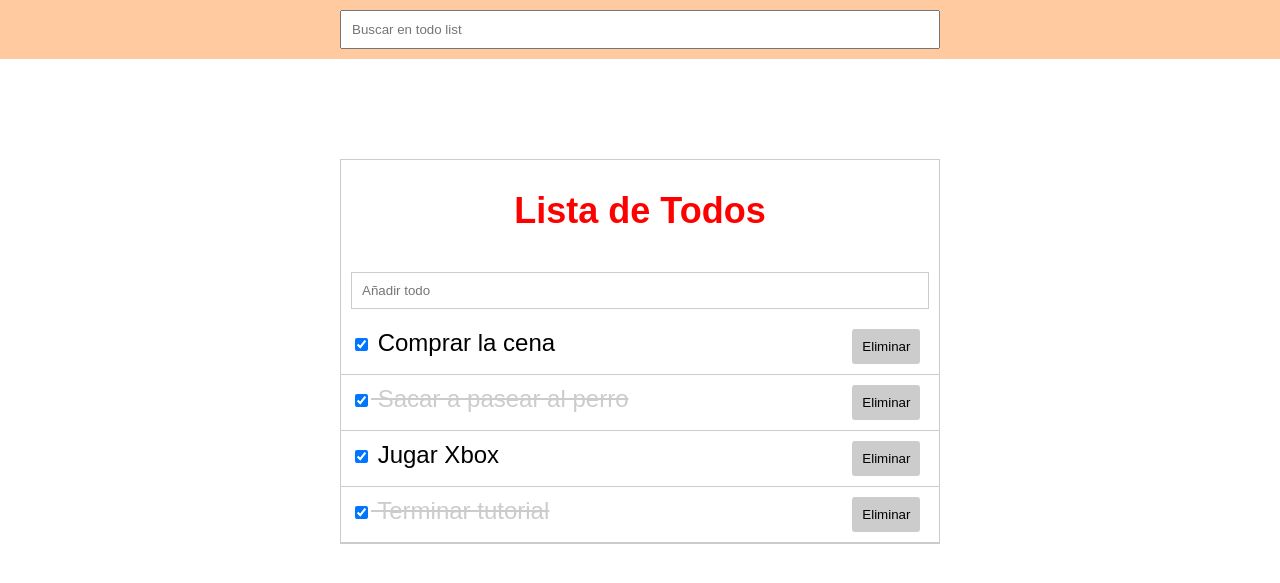
Repository: MauriVaz/Primer-app-con-Vue
Page: /
An editor plug-in stored every save of this project. The page is shown before and after the next save, followed by the edit.
The browser window is 1280 px wide. The pictures show the whole page.
The project was rebuilt for these pictures with package versions that can differ from the ones it lists, and the page was loaded fresh each time. Also part of the build but not shown: vue.config.js.

Above is the page before, as saved 2022-12-28 22:05:27.

### public/index.html
<!DOCTYPE html>
<html lang="">
  <head>
    <meta charset="utf-8">
    <meta http-equiv="X-UA-Compatible" content="IE=edge">
    <meta name="viewport" content="width=device-width,initial-scale=1.0">
    <link rel="icon" href="<%= BASE_URL %>favicon.ico">
    <title><%= htmlWebpackPlugin.options.title %></title>
  </head>
  <body>
    <noscript>
      <strong>Por favor activa Javascript</strong>
    </noscript>
    <div id="app"></div>
    <!-- built files will be auto injected -->
  </body>
</html>

### src/App.vue
<template>
  <div>
    <div id="header">
      <Search v-on:query-change="querySearch" />
    </div>

    <div id="main-container">
      <h2>Lista de Todos</h2>
      <TodoAdd v-on:add-todo="addTodo"/>
      <Todos v-bind:todoslist="copyTodos" v-on:delete-todo="deleteTodo" />
    </div>
  </div>
</template>

<script>
//import HelloWorld from './components/HelloWorld.vue'
import Search from './components/Search';
import Todos from './components/Todos';
import TodoAdd from './components/TodoAdd';

export default {
  name: 'App',
  components: {
    Todos, TodoAdd, Search
  },
  methods: {
    deleteTodo(id){
      this.todos = this.todos.filter(todo => todo.id != id);
      this.copyTodos = [...this.todos];
    },
    addTodo(todo){
      this.todos.push(todo);
      this.copyTodos = [...this.todos];
    },
    querySearch(query){
      if(query.trim() === ''){
        this.copyTodos = [...this.todos];
      }else{
        const temp = this.todos.filter(todo =>{
          return todo.title.includes(query)
        });

        this.copyTodos = [...temp];
      }
    }
  },
  data(){
    return {
      todos: [
        {
          id: 0,
          title:  'Comprar la cena',
          completed: false
        },
        {
         id: 1,
         title: 'Sacar a pasear al perro',
         completed: true
       },
       {
         id: 2,
         title: 'Jugar Xbox',
         completed: false
       },
       {
         id: 3,
         title: 'Terminar tutorial',
         completed: true
       }
      ],
      copyTodos: []
    }
  },
  created(){
    this.copyTodos = [...this.todos];
  }
}
</script>

<style>
  *{
    box-sizing: border-box;
  }

  body{
    font-family: Arial, Helvetica, sans-serif;
    font-size: 1.5em;
    padding: 0;
    margin: 0;
  }

  #main-container{
    border: solid 1px #ccc;
    width: 600px;
    margin: 100px auto;
  }

  #header{
    background: rgba(255, 123, 15, .4);
    padding: 10px;
  }

  h2{
    padding: 0 10px;
    text-align: center;
    color:red
  }
</style>

### src/components/Search.vue
<!-- eslint-disable vue/multi-word-component-names -->
<template>
    <div id="search-container">
        <input type="text" placeholder="Buscar en todo list" v-model="query" v-on:input="$emit('query-change', query)">
    </div>
</template>

<script>
export default {
    // eslint-disable-next-line vue/multi-word-component-names
    name: 'Search',
    data(){
        return {
            query: ''
        }
    }
}
</script>

<style scoped>
    #search-container{
        width: 600px;
        margin: 0 auto;
    }

    input{
        padding: 10px;
        width: 100%;
        outline: none;
    }
</style>

### src/components/Todos.vue
<template>
    <div>
        <div v-bind:key="todo.id" v-for="todo in todoslist">
            <TodoItem v-bind:todo="todo" v-on:delete-todo="$emit('delete-todo', todo.id)" />
        </div>
    </div>
</template>

<script>
import TodoItem from './TodoItem';

    export default {
        // eslint-disable-next-line vue/multi-word-component-names
        name: 'Todos',
        props: ['todoslist'],
        components:{TodoItem}
    }
</script>

<style>
</style>

### src/components/TodoAdd.vue
<template>
    <div id="add-container">
        <form @submit="addTodo">
            <input type="text" placeholder="Añadir todo" v-model="title">
        </form>
    </div>
</template>

<script>
import { uuid } from 'vue-uuid';

export default {
    name: 'TodoAdd',
    data(){
        return {
            title: ''
        }
    },
    methods:{
        addTodo(e){
            e.preventDefault();

            const newTodo = {
                id: uuid.v4(),
                title: this.title.charAt(0).toLocaleUpperCase()
                + this.title.toLocaleLowerCase().substring(1, this.title.length),
                completed: false
            };

            this.title = '';
            this.$emit('add-todo', newTodo);
        }
    }
}
</script>

<style scoped>
    #add-container{
        padding: 10px;
    }
    input{
        padding: 10px;
        outline: none;
        border: solid 1px #ccc;
        width: 100%;
    }
</style>

### src/components/TodoItem.vue
<template>
    <div class="todo" v-bind:class="{completed: todo.completed}">
        <div class="todo-body" >
            <input type="checkbox"
                v-bind:checked="todo.completed ? 'checked': ''"
                v-on:change="checkTodo">
            {{todo.title}}
        </div>

        <div class="todo-actions">
            <button @click="$emit('delete-todo', todo.id)">Eliminar</button>
        </div>
    </div>
</template>

<script>
    export default {
        name: 'TodoItem',
        props: ['todo'],
        methods: {
            checkTodo(){
                // eslint-disable-next-line vue/no-mutating-props
                this.todo.completed =! this.todo.completed;
            }
        }
    }
</script>

<style scoped>
    .todo{
        border-bottom: solid 1px #ccc;
        padding: 10px;
    }

    .todo:not(.completed):hover{
        background-color: #eee;
    }

    .completed{
        color: #ccc;
        text-decoration: line-through;
    }
    .completed .todo-body{
        text-decoration: line-through;
    }

    .todo-body, .todo-actions{
        display: inline-block;
        vertical-align: top;
    }

    .todo-body{
        width: 85%;
    }
    .todo-actions{
        padding: 0 10px;
        width: 10%;
    }

    button{
        border: none;
        border-radius: 3px;
        padding: 10px;
        background-color: #ccc;
        color: black;
    }
    button:hover{
        background-color: #da2020;
        color: white;
    }
</style>

Loaded but not shown: src/main.js (common file)

After the next save:
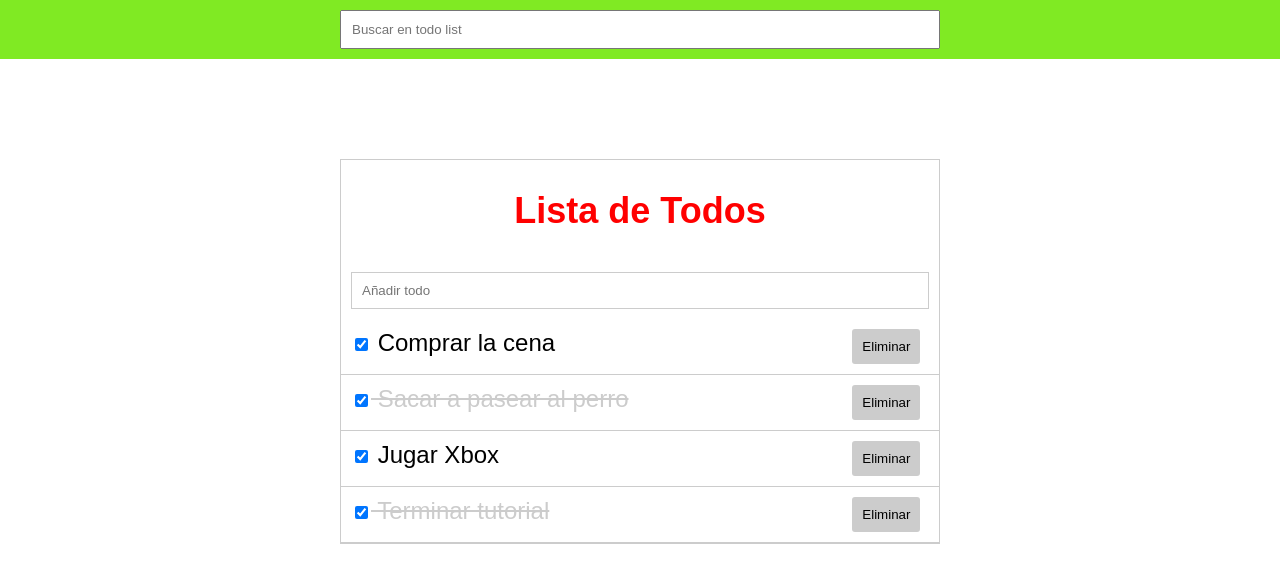
Saved 2 min 15 s later.
--- a/src/App.vue
+++ b/src/App.vue
@@ -96,7 +96,7 @@ export default {
   }
 
   #header{
-    background: rgba(255, 123, 15, .4);
+    background: rgb(128, 234, 35);
     padding: 10px;
   }
 
